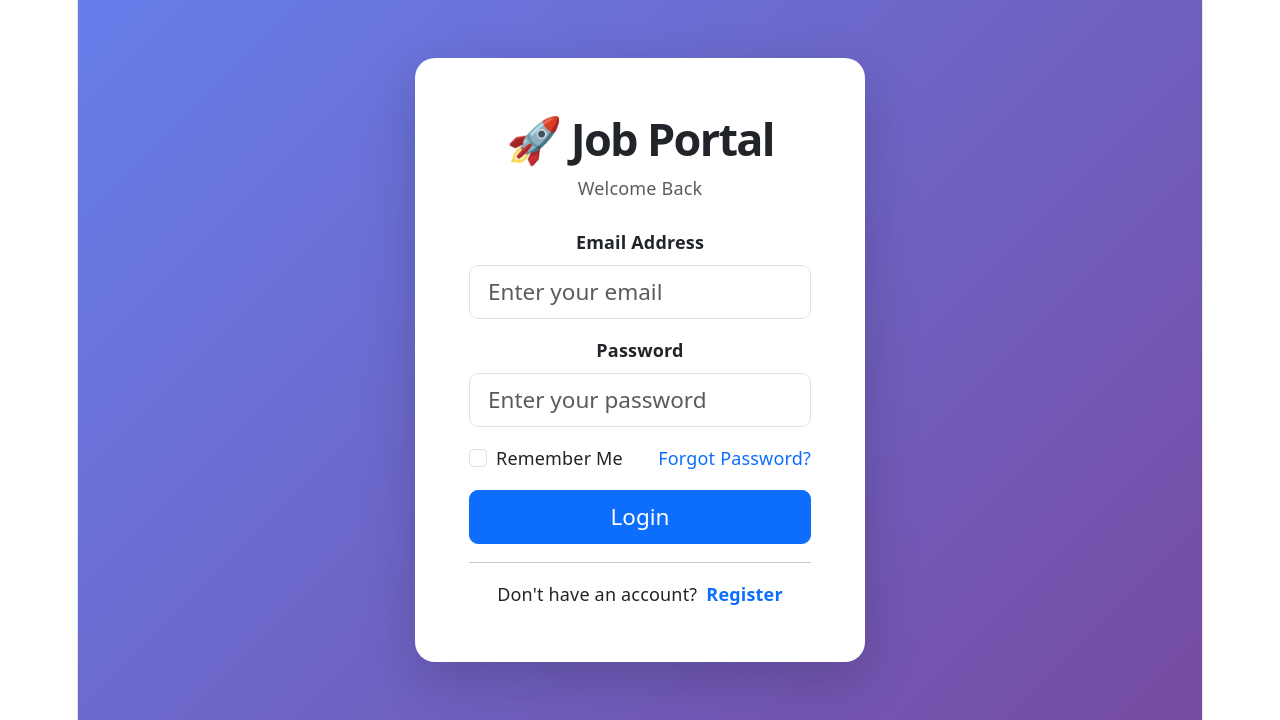
Repository: vijaymp1214/Job-Portal-Management-System
Page: / (app in frontend/)
The author's editor kept a copy of each file at every save. The page is drawn from the files as they stood at one save, then again after the next save.
The browser window is 1280 px wide. The pictures show the whole page.
The project was rebuilt for these pictures with package versions that can differ from the ones it lists, and the page was loaded fresh each time. Also part of the build but not shown: frontend/vite.config.js.

Above is the page before, as saved 2026-05-30 13:12:19.

After the next save:
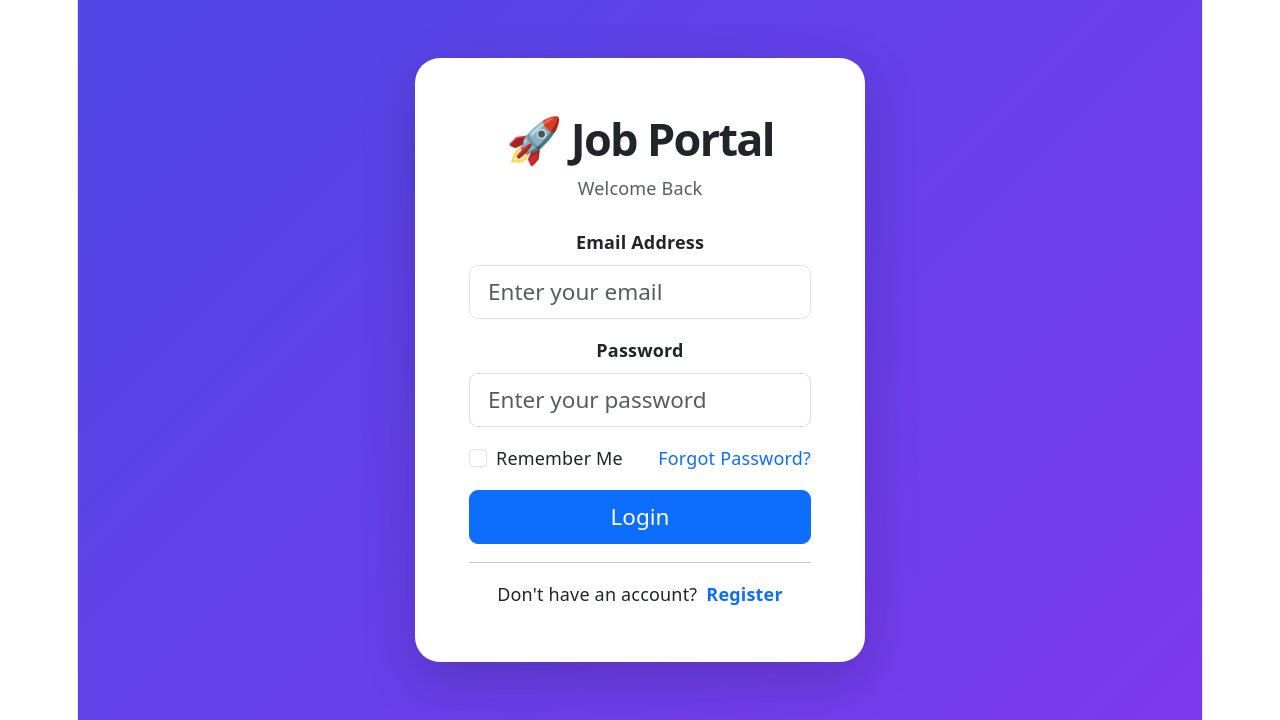
Saved 114 s later.
--- a/frontend/src/App.jsx
+++ b/frontend/src/App.jsx
@@ -1,20 +1,20 @@
 function App() {
   return (
     <div
-      className="d-flex justify-content-center align-items-center vh-100"
+      className="container-fluid vh-100 d-flex justify-content-center align-items-center"
       style={{
-        background: "linear-gradient(135deg, #667eea, #764ba2)",
+        background: "linear-gradient(135deg, #4F46E5, #7C3AED)",
       }}
     >
       <div
-        className="card shadow-lg border-0"
+        className="card border-0 shadow-lg"
         style={{
           width: "100%",
           maxWidth: "450px",
-          borderRadius: "20px",
+          borderRadius: "25px",
         }}
       >
-        <div className="card-body p-5">
+        <div className="card-body p-4 p-md-5">
 
           <div className="text-center mb-4">
             <h1 className="fw-bold">🚀 Job Portal</h1>
@@ -45,8 +45,8 @@ function App() {
             />
           </div>
 
-          <div className="d-flex justify-content-between mb-3">
-            <div>
+          <div className="d-flex justify-content-between mb-3 flex-wrap">
+            <div className="mb-2 mb-md-0">
               <input
                 type="checkbox"
                 className="form-check-input me-2"
